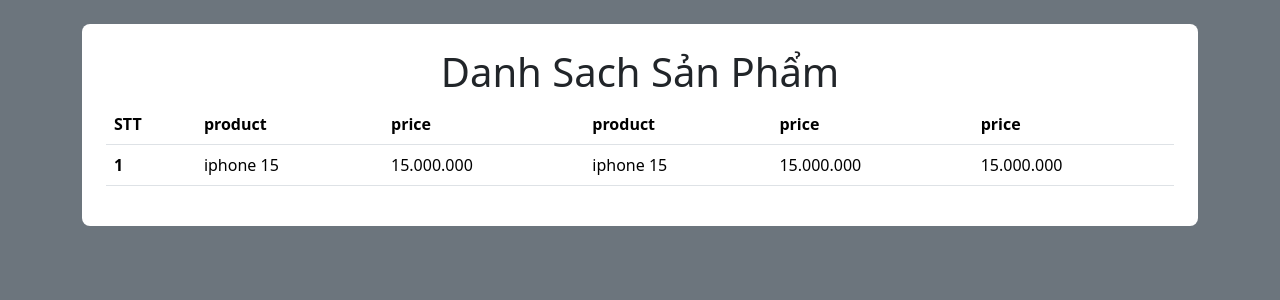
Repository: HT-35/iuh
Page: thi GK/listProduct.html
The author's editor kept a copy of each file at every save. The page is drawn from the files as they stood at one save, then again after a run of saves.
The browser window is 1280 px wide. The pictures show the whole page.
The page's requests for data from a server got no answer.

Above is the page before, as saved 2024-03-27 18:20:50.

After the next 2 saves:
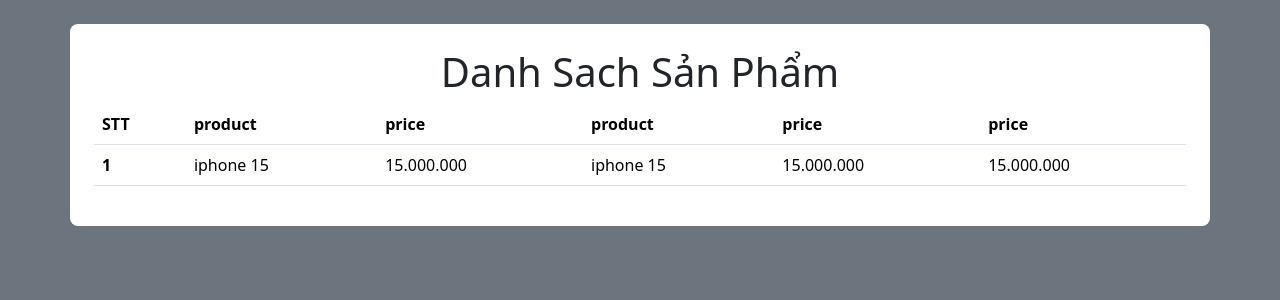
The 2 saves are shown as one change because they came seconds apart.
The last was saved 11 s later.
--- a/thi GK/listProduct.html
+++ b/thi GK/listProduct.html
@@ -14,8 +14,8 @@
 
     <!-- <div class="col-sm-1 col-md-1 col-lg-1"></div> -->
 
-    <div class="col-sm-12 col-md-12 col-lg-12 w-100">
-      <div class="  bg-white rounded-3 p-2 w-100 mt-4 p-4 w-100">
+    <div class="col-sm-12 col-md-12 col-lg-12  bg-white rounded-3 p-2 w-100 mt-4 p-4 w-100">
+      <div class=" ">
         <div class="row">
 
           <div class="title col-sm-12 col-md-12 col-lg-12">
